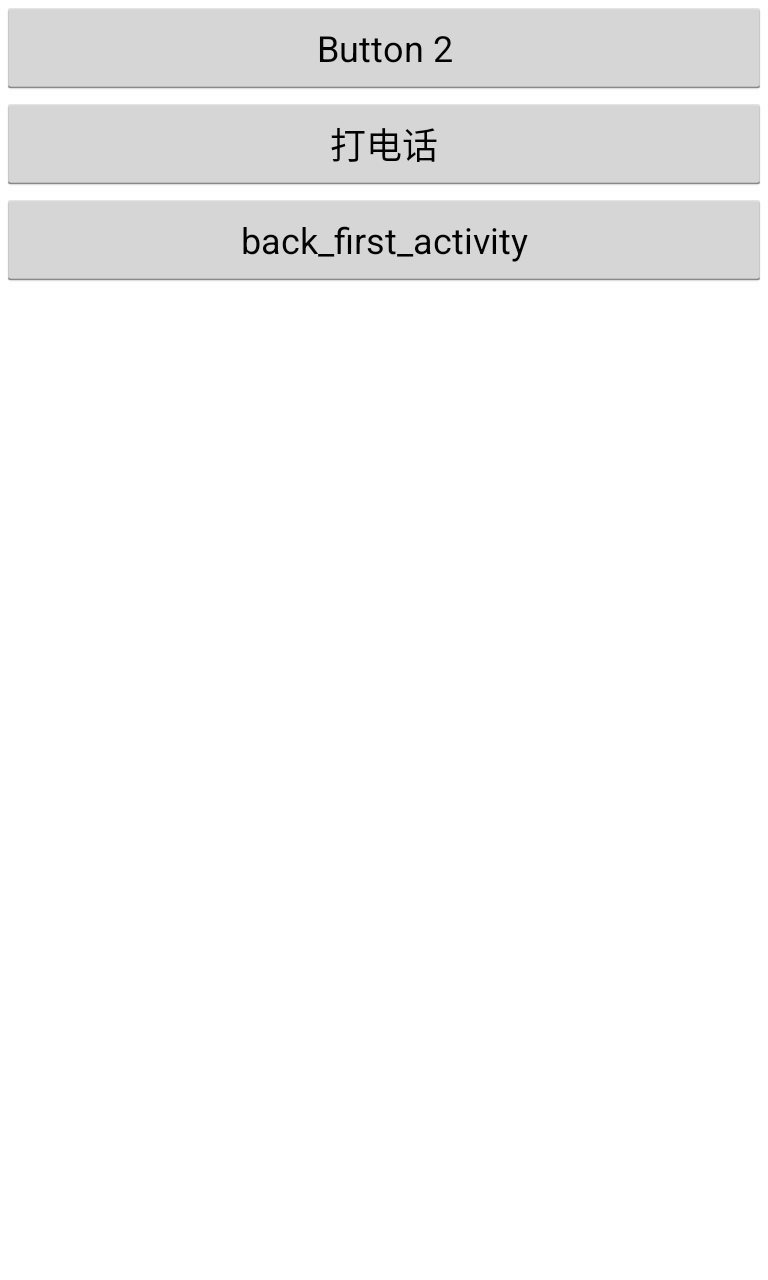
Repository: hohoTT/Android_summarize
Layout: ActivityTest/res/layout/second_layout.xml
The author's editor kept a copy of each file at every save. The layout is drawn from the files as they stood at one save, then again after the next save.
It is drawn on a 768 x 1280 px phone screen (xhdpi) without system bars, with theme AppTheme; the app's code is not run.

Above is the layout before, as saved 2016-02-23 07:26:07.

After the next save:
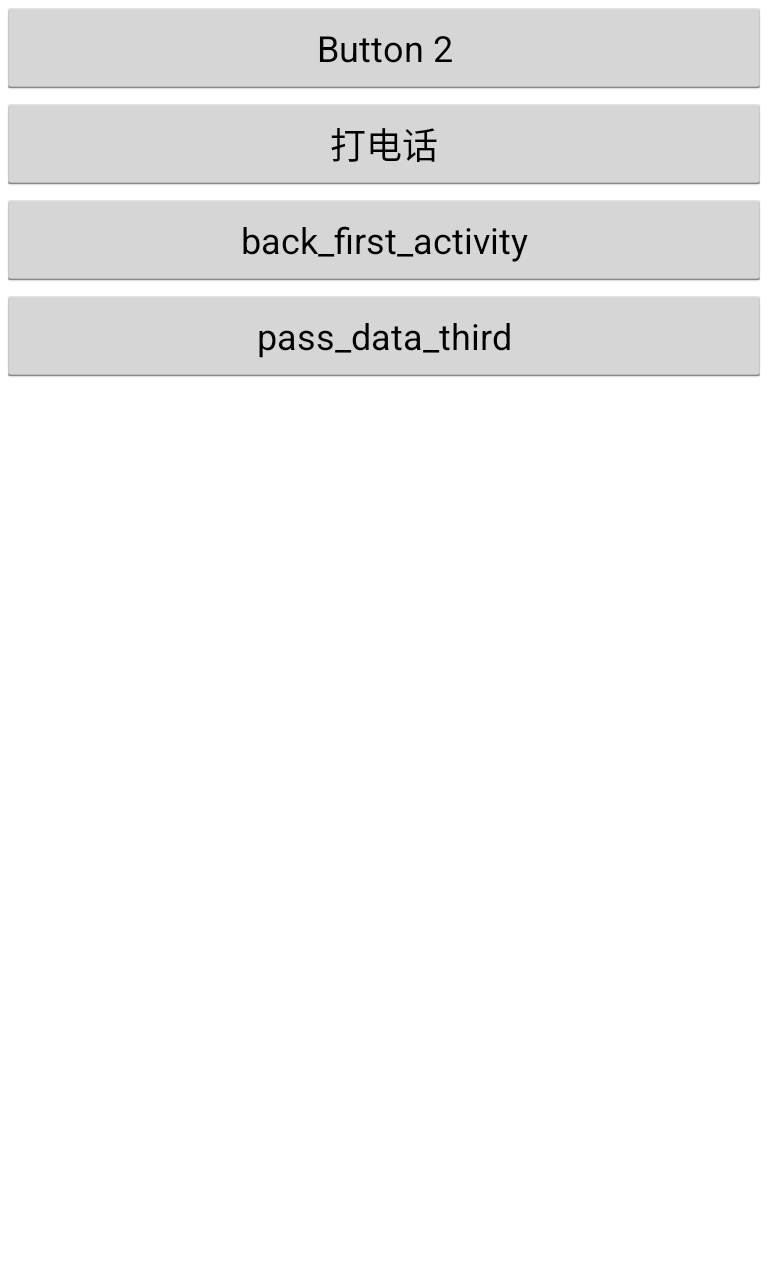
Saved 82 s later.
--- a/ActivityTest/res/layout/second_layout.xml
+++ b/ActivityTest/res/layout/second_layout.xml
@@ -22,4 +22,10 @@
         android:layout_height="wrap_content"
         android:text="back_first_activity" />
 
+    <Button
+        android:id="@+id/button_pass_third"
+        android:layout_width="match_parent"
+        android:layout_height="wrap_content"
+        android:text="pass_data_third" />
+
 </LinearLayout>
